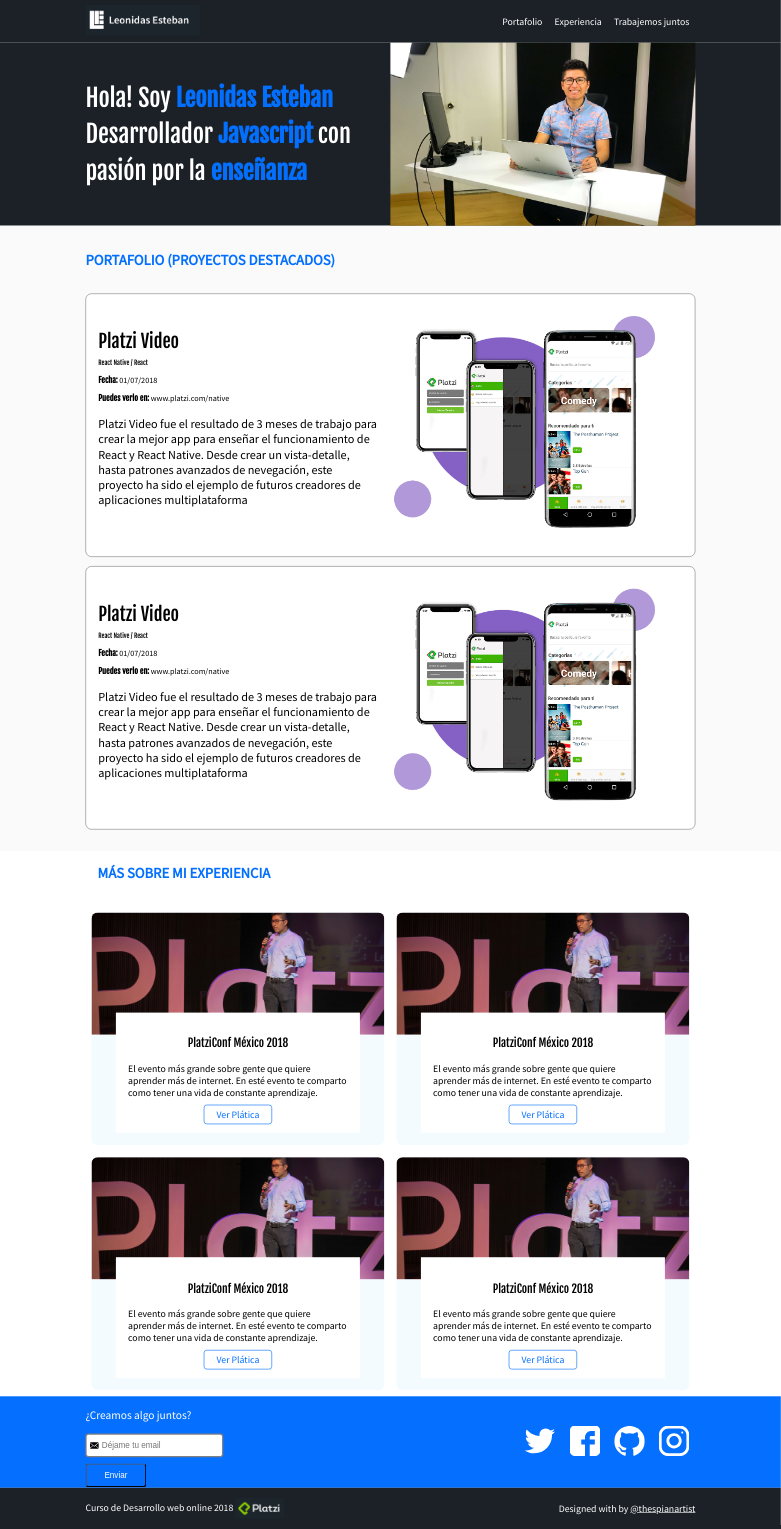
Repository: joseLozanoTamayo/web-desing
Page: desarrollo-web-portafolio/index.html
These files come from the project's save history. The page is drawn as it stood at one moment and after the next save; the edit follows.
The browser window is 1280 px wide. The pictures show the whole page, at 61% of full size.

Above is the page before, as saved 2019-04-21 21:25:15.

After the next save:
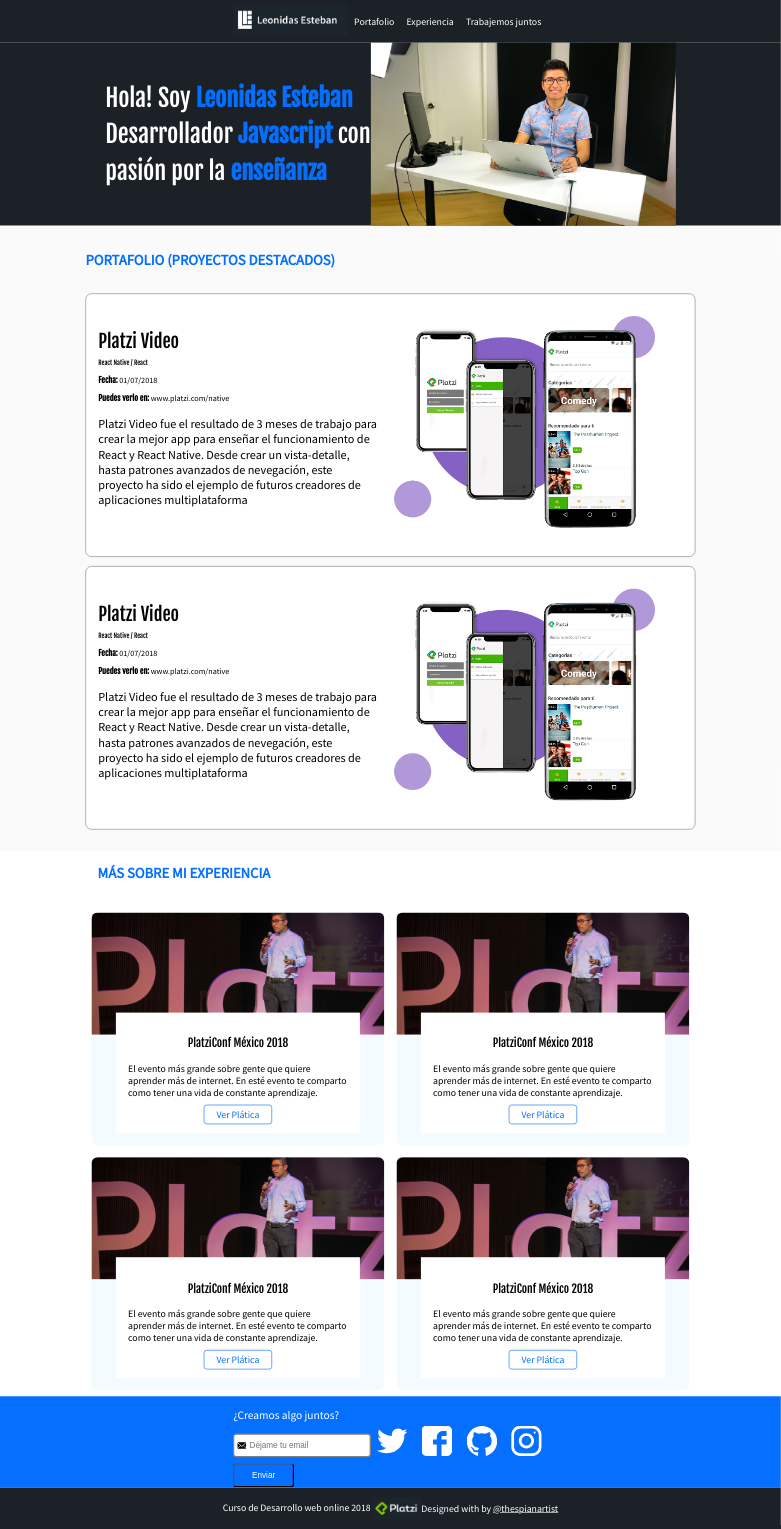
Saved 2 min 57 s later.
--- a/desarrollo-web-portafolio/css/estilos.css
+++ b/desarrollo-web-portafolio/css/estilos.css
@@ -321,7 +321,7 @@
 
 .container {
   /* border: 1px solid red; */
-  width: 1000px;
+  max-width: 1000px;
   margin: 0 auto;
   display: inherit;
   justify-content: inherit;
